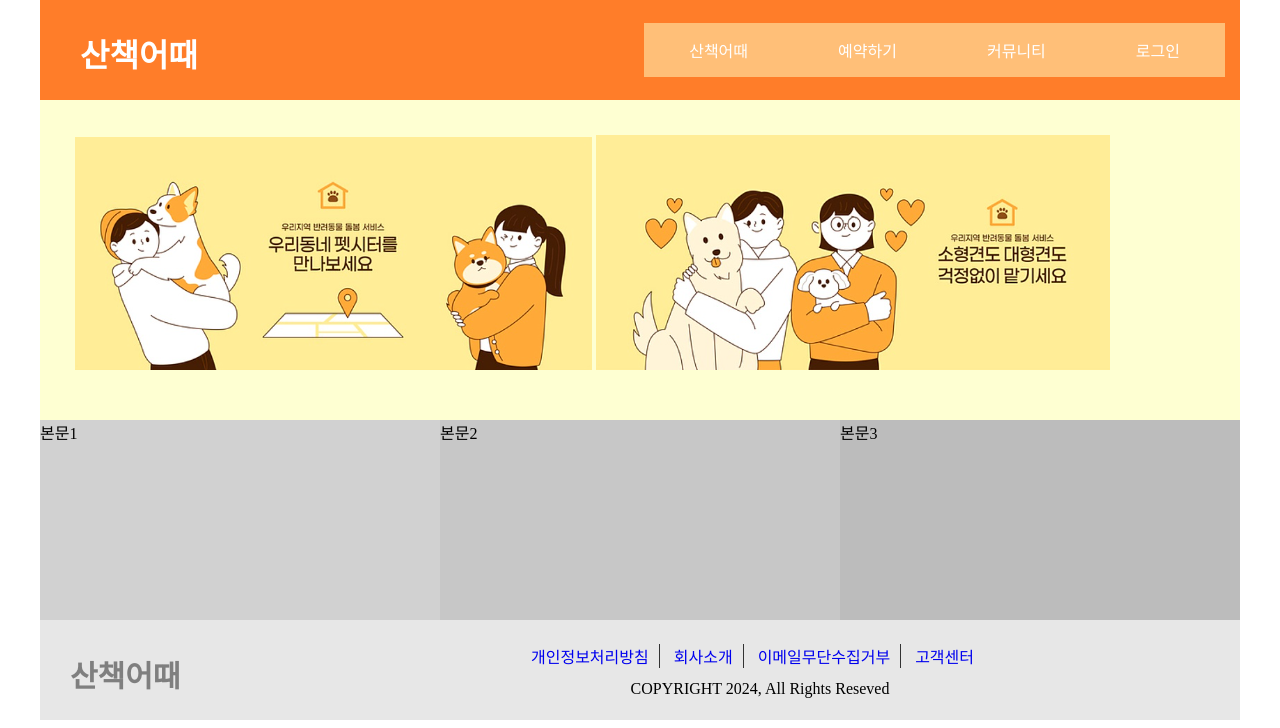
Repository: to-flatwhite1/portfolio
Page: http://localhost/JSP/
These files come from the project's save history. The page is drawn as it stood at one moment and after the next save; the edit follows.
The browser window is 1280 px wide. The pictures show the whole page.
The page is served by Tomcat 9. Other server files are loaded and not shown.

Above is the page before, as saved 2024-07-04 02:07:30.

### JSP/src/main/webapp/index.jsp
<%@ page language="java" contentType="text/html; charset=utf-8"
    pageEncoding="utf-8"%>
<!DOCTYPE html>
	<html>
	<head>
		<meta charset="utf-8">
		<title>산책어때</title>
		<link href="index.css" rel="stylesheet" type="text/css">
		<script src="jquery.min.js"></script>
		<script src="script.js"></script>
	</head>
	<body>
    <div id="wrap">
        <header id="header">
            <h1 class="logo">
                <a href="#">산책어때</a>
            </h1>
            <nav class="nav">
                <ul>
                    <li><a href="#">산책어때</a>
                        <ul class="submenu">
                            <li><a href="introduce.jsp">산책어때 소개</a></li>
                        </ul>
                    </li>
                    <li><a href="#">예약하기</a>
                        <ul class="submenu">
                            <li><a href="#">산책하고싶은 강아지</a></li>
                            <li><a href="#">산책을 시키고 싶은 지원자</a></li>
                        </ul>
                    </li>
                    <li><a href="#">커뮤니티</a>
                        <ul class="submenu">
                            <li><a href="#">리뷰</a></li>
                            <li><a href="#">자유게시판</a></li>
                        </ul>
                     </li>
                    <li><a href="#">로그인</a>
                        <ul class="submenu">
                        	<li><a href="login.jsp">로그인</a></li>
                            <li><a href="insert.jsp">회원가입</a></li>
                            <li><a href="mypage.jsp">마이페이지</a></li>
                        </ul>
                    </li>
                </ul>
            </nav>
        </header>
        <!-- header 끝 -->
		<div id="slide">
			<div class="slide_list">
				<img src="images/image1.png">
				<img src="images/image2.png">
			</div>
		</div>
        <div id="contents">
			<div class="content1">본문1</div>
			<div class="content2">본문2</div>
            <div class="content3">본문3</div>
        </div>
        <footer id="footer">
            <div class="footer1">
                <h4>산책어때</h4>
            </div>
            <div class="footer2">
                <div class="footer2-1">
                    <ul>
                        <li><a href="#">개인정보처리방침</a></li>
                        <li><a href="#">회사소개</a></li>
                        <li><a href="#">이메일무단수집거부</a></li>
                        <li><a href="#">고객센터</a></li>
                    </ul>
                </div>
                <div class="footer2-2">
                    COPYRIGHT 2024, All Rights Reseved
                </div>
            </div>
        </footer>
    </div>

	</body>

</html>

### JSP/src/main/webapp/index.css
@charset "utf-8";
* {
    margin: 0;
    padding: 0;

}
a {
    text-decoration: none;
}
ul {
	margin-right: 15px;}


li {
    list-style: none;
}

/* wrap */
#wrap {
    width: 1200px;
    margin: 0 auto;
    position: relative;
}

/* header */
#header {
    width: 100%;
    display: flex;
    background-color: #FF7D29;
}
#header .logo {
    width: 20%;
    height: 100px;
}
#header .logo a {
    display: inline-block;
    color: white;
    padding: 30px 40px;
}
.nav {
    width: 80%;
    height: 100px;
    position: relative;
    z-index: 1000;
}
#header .nav > ul {
    display: flex;
    justify-content: right;
    align-items: center;
    height: 100%;
}
#header .nav > ul > li {
    position: relative;
}
#header .nav > ul > li > a {
    color: #fff;
    padding: 15px 45px;
    background-color: #FFBF78;	/*메뉴색*/
    display: block;
}
#header .nav > ul > li > a:hover {
    background-color: #FFDCA9;;
}
#header .nav > ul > li > ul {
    position: absolute;
    left: 0;
    background-color: #fff;
    width: 100%;
    text-align: center;
    display: none;
}
#header .nav > ul > li > ul > li > a {
    padding: 10px 20px;
    display: block;
}
#header .nav > ul > li > ul > li > a:hover {
    background-color: #FFBF78	;
}
#slide{
	width: 100%;
	display: flex;
/*	margin:30px 5px 30px 5px;*/

}
#slide .slide_list{
	width: 100%;
	height: 250px;
	padding:35px;
	background-color: #FEFFD2;
}

#contents {
    width: 100%;
    display: flex;
}
#contents .content1 {
    width: 33.3333%;
    height: 200px;
    background-color: #d1d1d1;
}
#contents .content2 {
    width: 33.3333%;
    height: 200px;
    background-color: #c7c7c7;
}
#contents .content3 {
    width: 33.3333%;
    height: 200px;
    background-color: #bcbcbc;
}

#footer {
    width: 100%;
    display: flex;
    background-color: #e7e7e7;
}
#footer .footer1 {
    width: 20%;
    height: 100px;
}
#footer .footer1 h4 {
    font-size: 30px;
    color: #7f7f7f;
    padding: 32px 30px;
}
#footer .footer2 {
    width: 80%;
}
#footer .footer2 .footer2-1 {
    width: 100%;
    height: 50px;
    text-align: center;
}
#footer .footer2 .footer2-1 ul {
    padding-top: 24px;
}
#footer .footer2 .footer2-1 li {
    display: inline-block;
    border-right: 1px solid #333;
}
#footer .footer2 .footer2-1 li:last-child {
    border: 0;
}
#footer .footer2 .footer2-1 li a {
    padding: 10px;
}
#footer .footer2 .footer2-1 li a:hover {
    text-decoration: underline;
}
#footer .footer2 .footer2-2 {
    width: 100%;
    height: 50px;
    text-align: center;
    padding-top: 10px;
    box-sizing: border-box;
}

/* contents : banner */

Loaded but not shown: JSP/src/main/webapp/jquery.min.js (library); JSP/src/main/webapp/script.js (no copy from this time; the picture is the same without it)

After the next save:
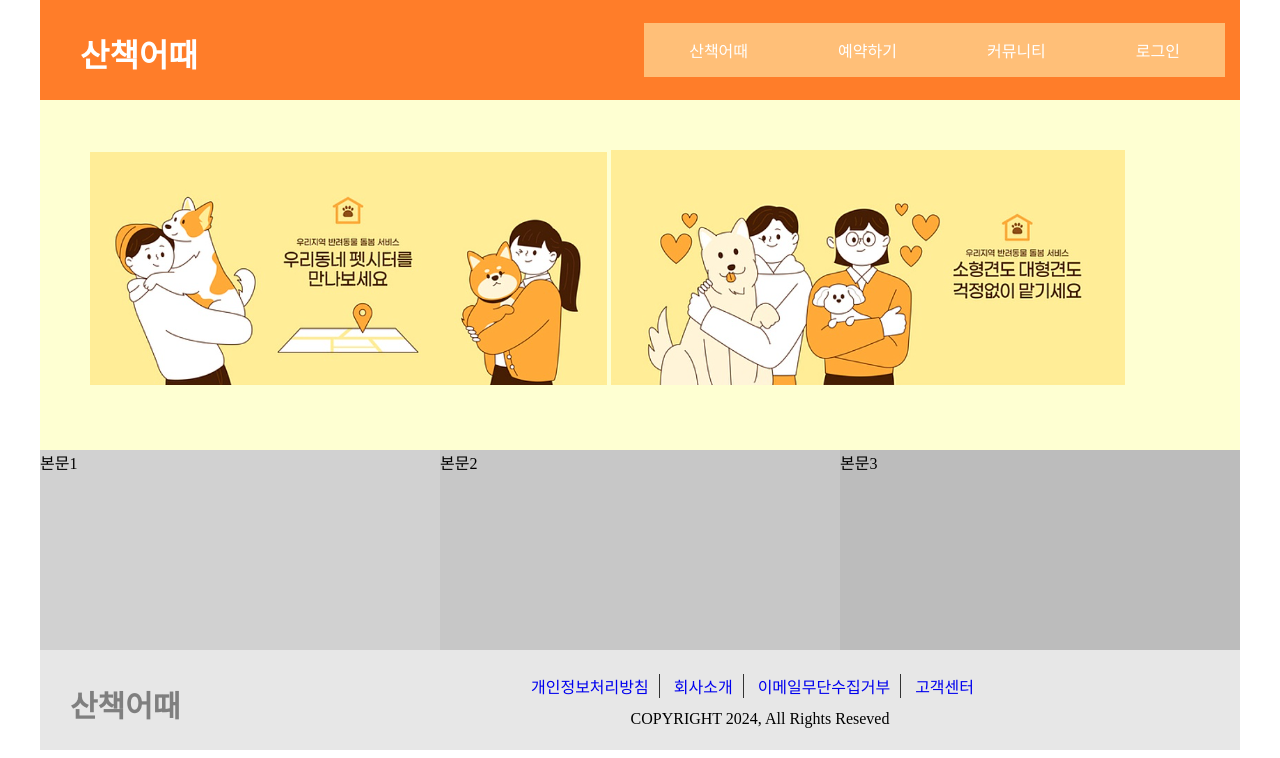
Saved 14 s later.
--- a/JSP/src/main/webapp/index.css
+++ b/JSP/src/main/webapp/index.css
@@ -85,7 +85,7 @@ li {
 #slide .slide_list{
 	width: 100%;
 	height: 250px;
-	padding:35px;
+	padding:50px;
 	background-color: #FEFFD2;
 }
 
